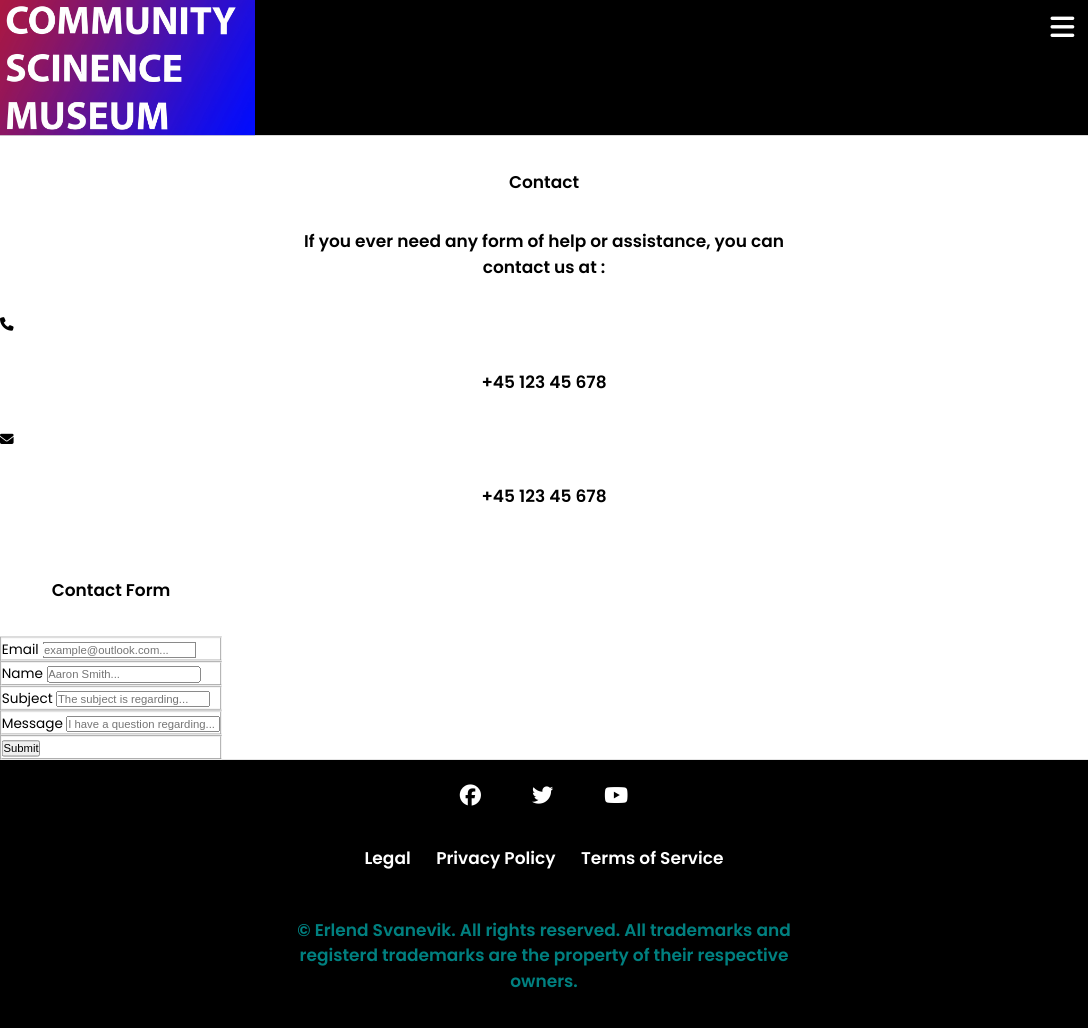
Repository: EpleWasTaken/Semester-Project
Page: contact.html
The author's editor kept a copy of each file at every save. The page is drawn from the files as they stood at one save, then again after the next save.
The browser window is 1280 px wide. The pictures show the whole page, at 85% of full size.
Some web libraries are served in a nearby version.

Above is the page before, as saved 2020-12-04 17:01:28.

After the next save:
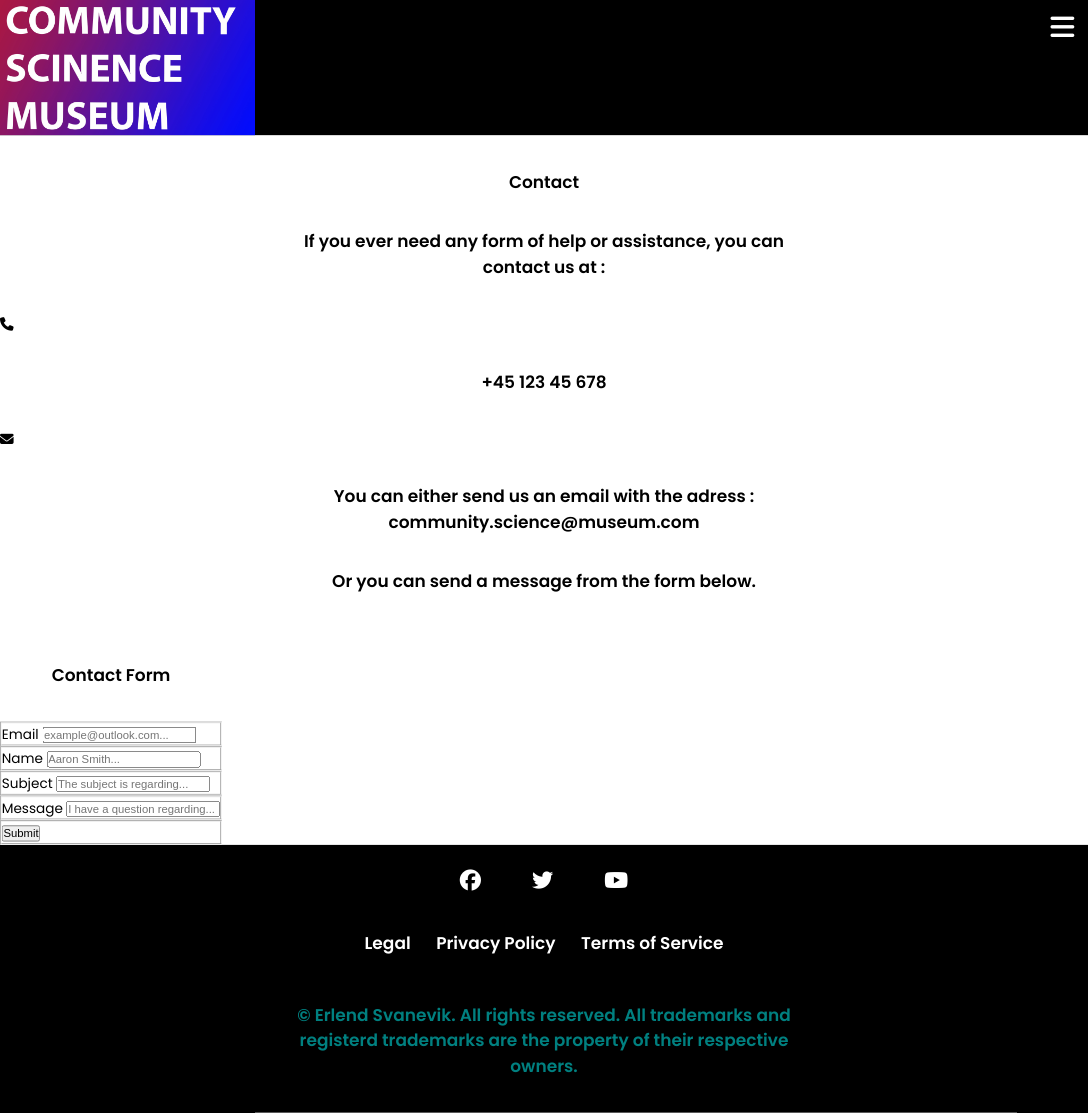
Saved 115 s later.
--- a/contact.html
+++ b/contact.html
@@ -56,7 +56,8 @@
         </div>
         <div>
             <a href="#0" class="mail"><a class="fas fa-envelope"></a>
-            <p>+45 123 45 678</p>
+            <p>You can either send us an email with the adress : community.science@museum.com</p>
+            <p>Or you can send a message from the form below.</p>
         </div>
     </div>
     <div>
